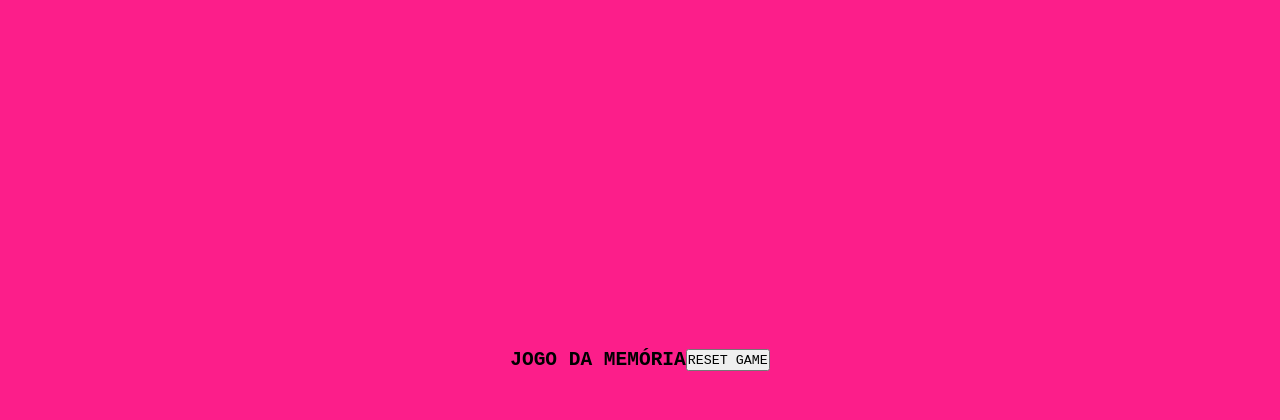
Repository: gustavotwist/memory-game
Page: index.html
An editor plug-in stored every save of this project. The page is shown before and after the next save, followed by the edit.
The browser window is 1280 px wide. The pictures show the whole page.

Above is the page before, as saved 2024-10-14 21:52:38.

After the next save:
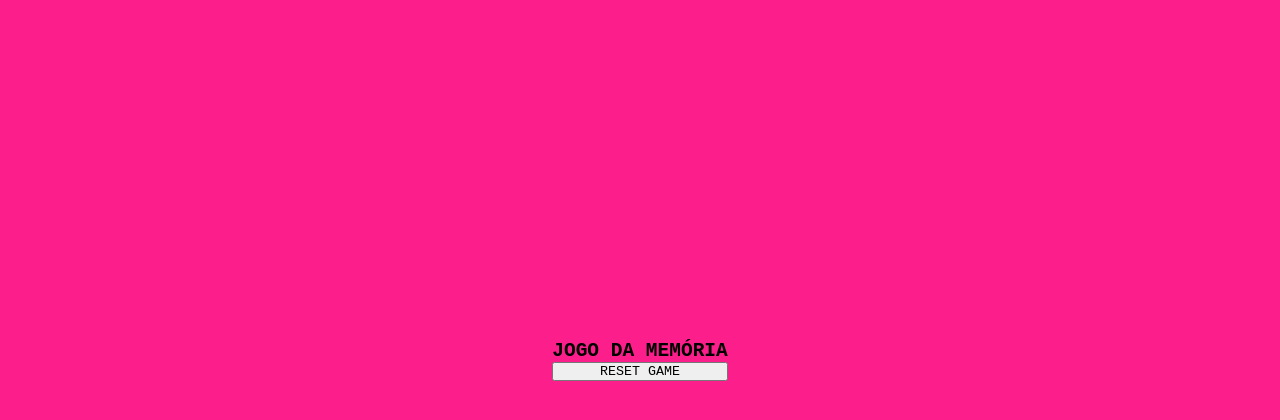
Saved 4 s later.
--- a/src/styles/main.css
+++ b/src/styles/main.css
@@ -9,5 +9,5 @@ body {
 .container {
     position: relative;
     display: flex;
-    flex-direction: ;
+    flex-direction: column;
 }
